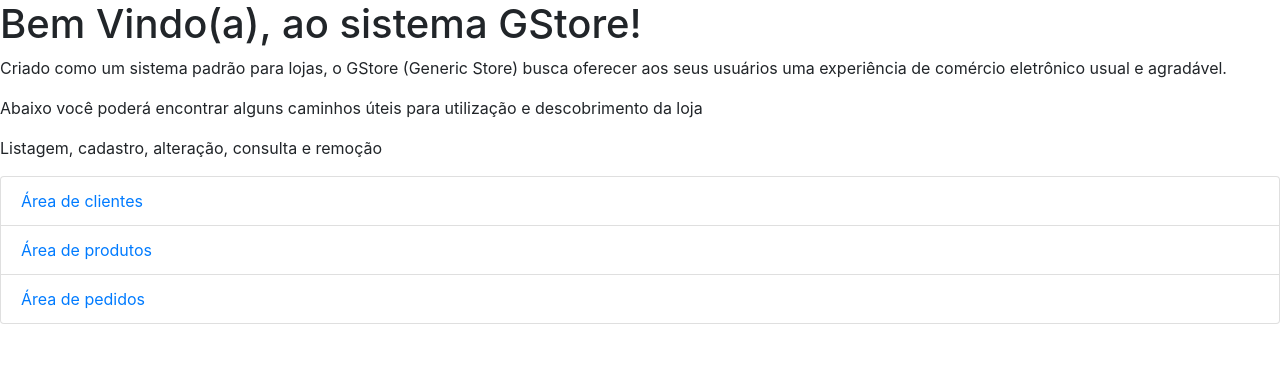
Repository: ElizeusRamos/gstore
Page: GStoreWorkspace/GStoreWeb/WebContent/index.html
An editor plug-in stored every save of this project. The page is shown before and after the next save, followed by the edit.
The browser window is 1280 px wide. The pictures show the whole page.

Above is the page before, as saved 2022-05-29 13:37:30.

### GStoreWorkspace/GStoreWeb/WebContent/index.html
<!DOCTYPE html>
<html>
	<head>
		<meta charset="ISO-8859-1">
		<title>Página Default</title>

		<link rel="stylesheet" type="text/css" href="styles/bootstrap.min.css" media="screen" />
		<script type="text/javascript" src="scripts/jquery.min.js"></script>
		<script type="text/javascript" src="scripts/popper.min.js"></script>
		<script type="text/javascript" src="scripts/bootstrap.min.js"></script>
		<script type="text/javascript" src="scripts/jquery.mask.min.js"></script>
	</head>
	<body>
		<h1>Bem Vindo(a), ao sistema GStore!</h1>
		<p>
			Criado como um sistema padrão para lojas, o GStore (Generic Store) busca oferecer aos seus usuários
			uma experiência de comércio eletrônico usual e agradável.
		</p>
		<p>
			Abaixo você poderá encontrar alguns caminhos úteis para utilização e descobrimento da loja
		</p>
		<p>
			Listagem, cadastro, alteração, consulta e remoção
			<ul class="list-group">
				<li class="list-group-item"><a href="#">Área de clientes</a></li>
				<li class="list-group-item"><a href="#">Área de produtos</a></li>
				<li class="list-group-item"><a href="#">Área de pedidos</a></li>
			</ul>
		</p>
	</body>
</html>

Loaded but not shown: GStoreWorkspace/GStoreWeb/WebContent/styles/bootstrap.min.css (library); GStoreWorkspace/GStoreWeb/WebContent/scripts/jquery.min.js (library); GStoreWorkspace/GStoreWeb/WebContent/scripts/popper.min.js (library); GStoreWorkspace/GStoreWeb/WebContent/scripts/bootstrap.min.js (library); GStoreWorkspace/GStoreWeb/WebContent/scripts/jquery.mask.min.js (library)

After the next save:
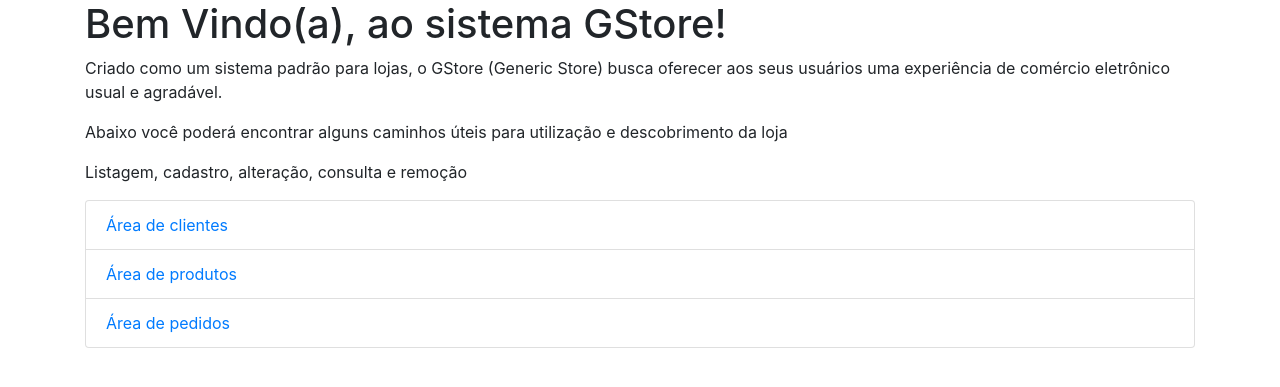
Saved 69 s later.
--- a/GStoreWorkspace/GStoreWeb/WebContent/index.html
+++ b/GStoreWorkspace/GStoreWeb/WebContent/index.html
@@ -11,21 +11,24 @@
 		<script type="text/javascript" src="scripts/jquery.mask.min.js"></script>
 	</head>
 	<body>
+	<div class="container">
 		<h1>Bem Vindo(a), ao sistema GStore!</h1>
-		<p>
-			Criado como um sistema padrão para lojas, o GStore (Generic Store) busca oferecer aos seus usuários
-			uma experiência de comércio eletrônico usual e agradável.
-		</p>
-		<p>
-			Abaixo você poderá encontrar alguns caminhos úteis para utilização e descobrimento da loja
-		</p>
-		<p>
-			Listagem, cadastro, alteração, consulta e remoção
-			<ul class="list-group">
-				<li class="list-group-item"><a href="#">Área de clientes</a></li>
-				<li class="list-group-item"><a href="#">Área de produtos</a></li>
-				<li class="list-group-item"><a href="#">Área de pedidos</a></li>
-			</ul>
-		</p>
+			<p>
+				Criado como um sistema padrão para lojas, o GStore (Generic Store) busca oferecer aos seus usuários
+				uma experiência de comércio eletrônico usual e agradável.
+			</p>
+			<p>
+				Abaixo você poderá encontrar alguns caminhos úteis para utilização e descobrimento da loja
+			</p>
+			<p>
+				Listagem, cadastro, alteração, consulta e remoção
+				<ul class="list-group">
+					<li class="list-group-item"><a href="#">Área de clientes</a></li>
+					<li class="list-group-item"><a href="#">Área de produtos</a></li>
+					<li class="list-group-item"><a href="#">Área de pedidos</a></li>
+				</ul>
+			</p>
+	</div>
+
 	</body>
 </html>
